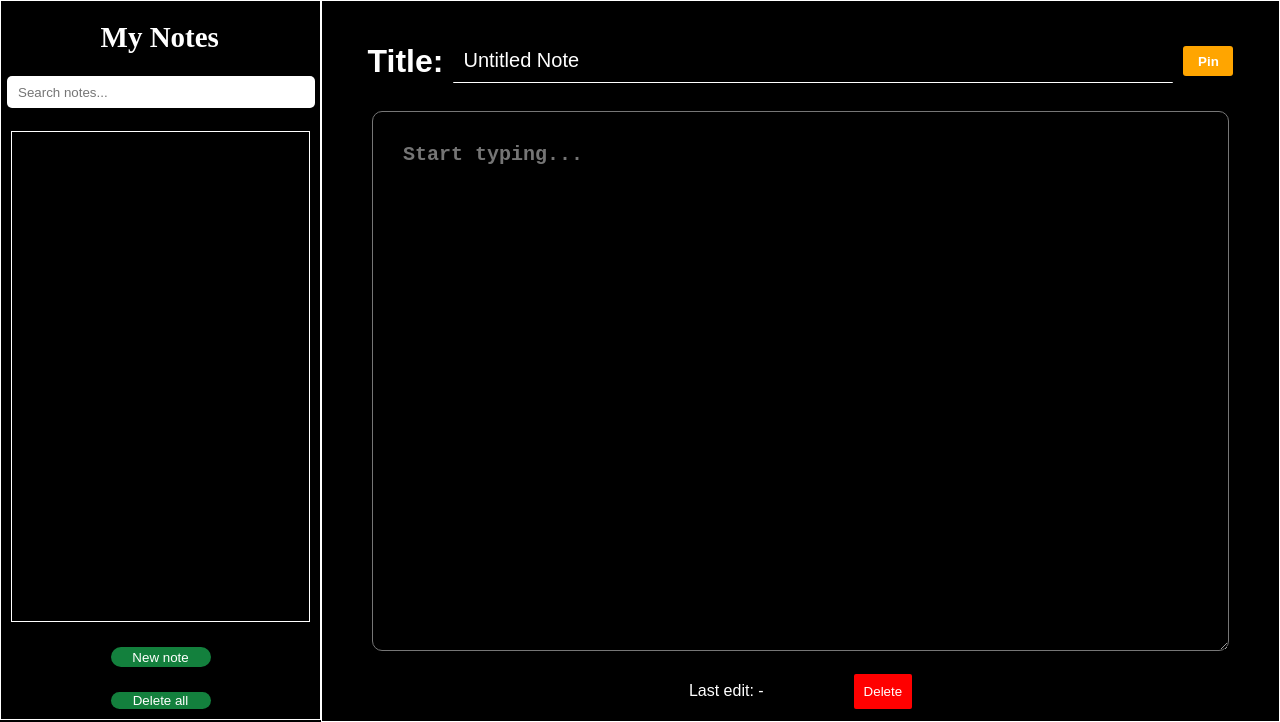
Repository: dmpelaez/myNotes
Page: QuickNotes.html
The author's editor kept a copy of each file at every save. The page is drawn from the files as they stood at one save, then again after the next save.
The browser window is 1280 px wide. The pictures show the whole page.

Above is the page before, as saved 2025-12-19 13:13:38.

After the next save:
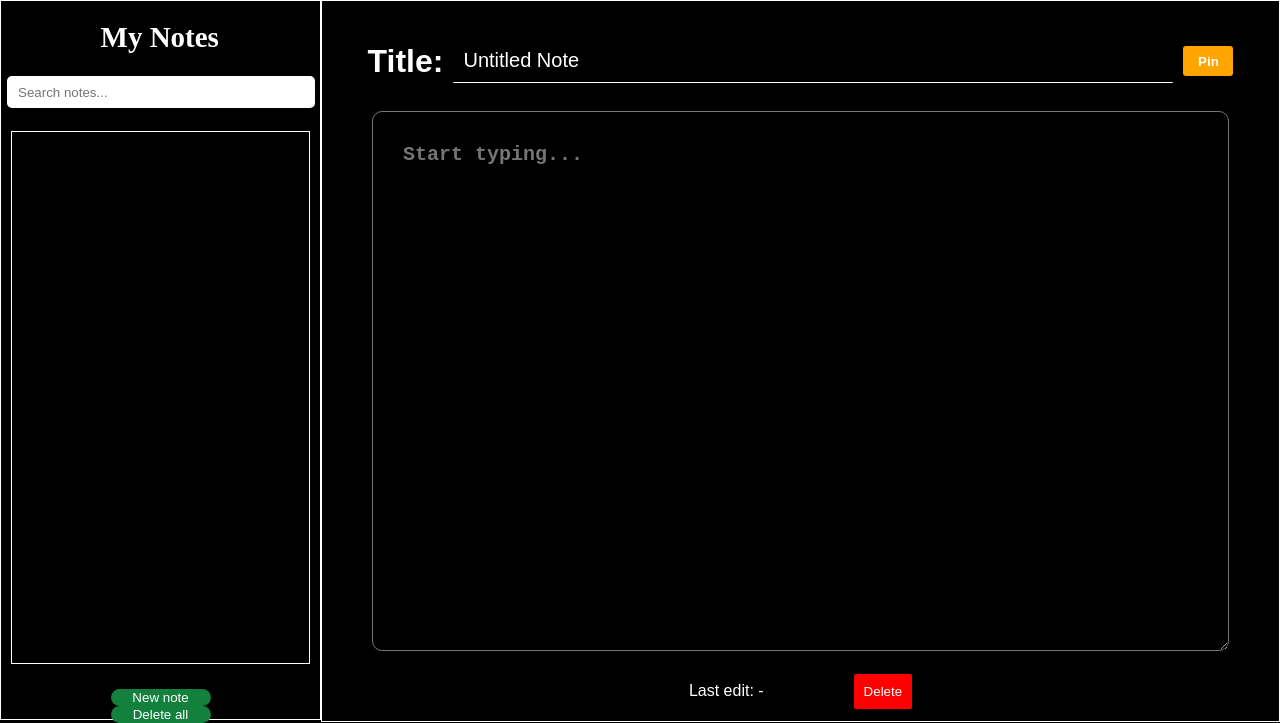
Saved 26 s later.
--- a/QuickNotes.html
+++ b/QuickNotes.html
@@ -25,8 +25,11 @@
         <!--Notes-->
         <div class="note-list"></div>
         <!--add button-->
-        <button class="add-button" onclick="addNote()">New note</button>
+        <div class="btns">
+           <button class="add-button" onclick="addNote()">New note</button>
         <button class="add-button" onclick="deleteAll()">Delete all</button>
+        </div>
+
       </aside>
 
       <!---Typing section-->
